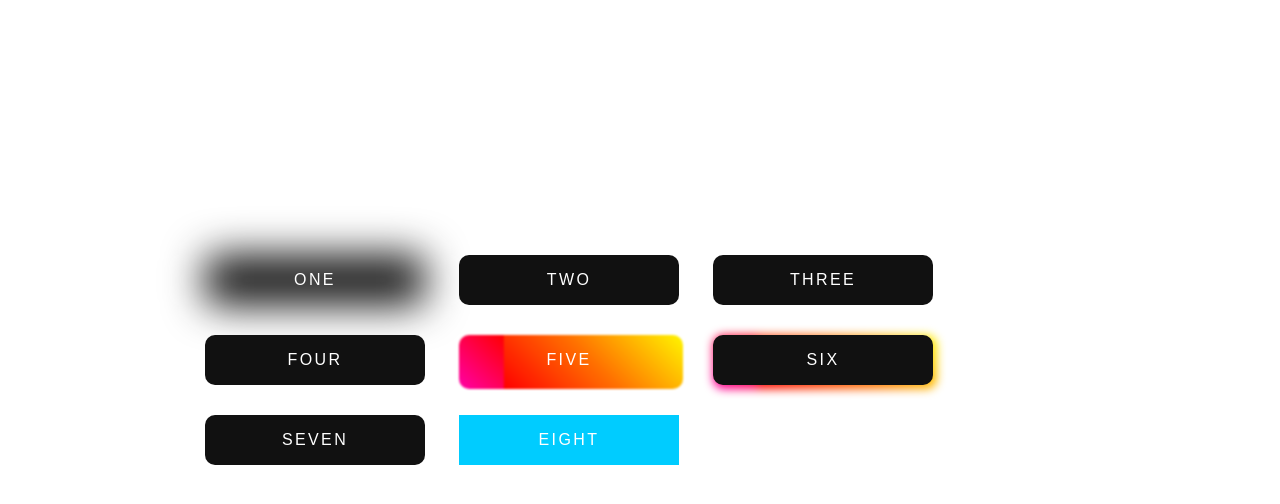
Repository: DanyalNajeeb/dns-button
Page: index.html
These files come from the project's save history. The page is drawn as it stood at one moment and after the next save; the edit follows.
The browser window is 1280 px wide. The pictures show the whole page.
The pointer rests on the first visible `.dns-button.slideIn`.

Above is the page before, as saved 2021-01-11 16:14:29.

After the next save:
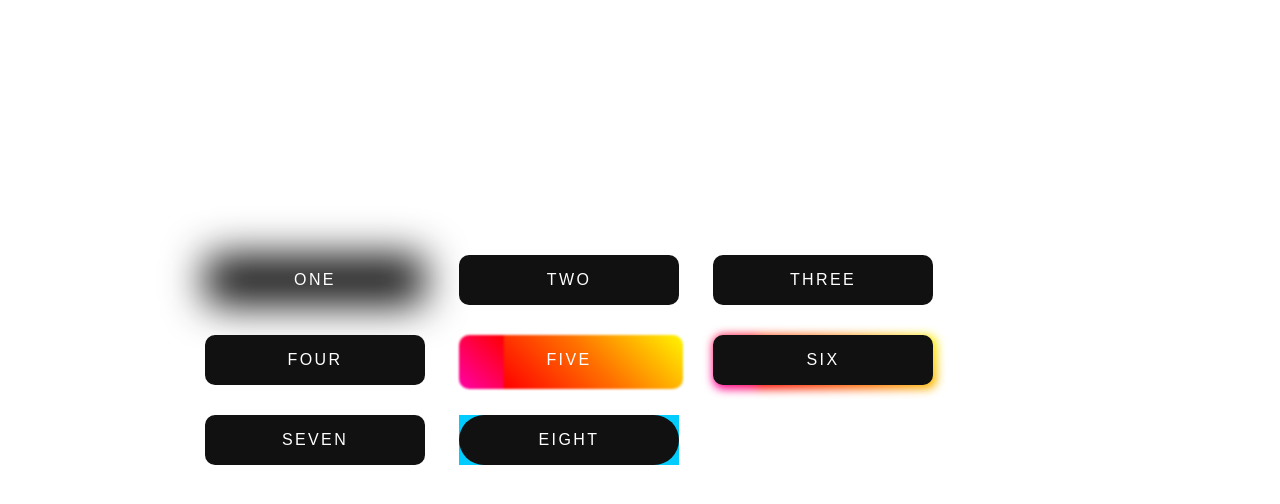
Saved 6 s later.
--- a/css/dns-button.css
+++ b/css/dns-button.css
@@ -149,7 +149,7 @@
 
 }
 .dns-button.slideIn:hover::before{
-    color: #fff;
+    width: 100%;
 }
 @keyframes glowing {
     0% { background-position: 0 0; }
